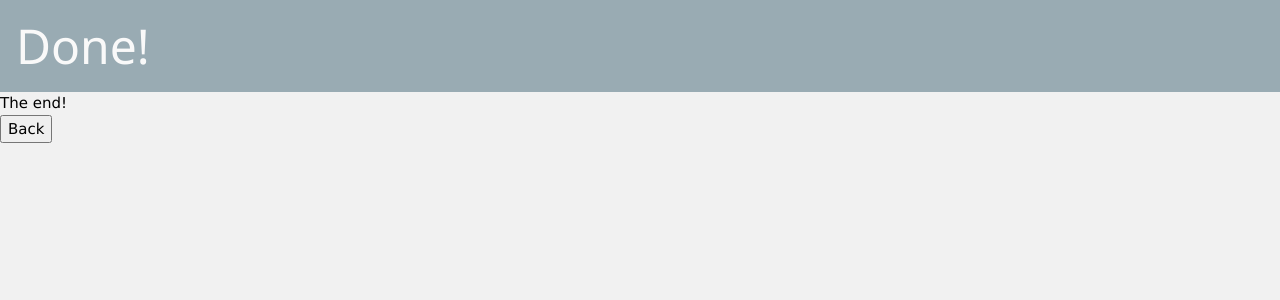
Repository: OleksandrDoskaliukKN313/IIC
Page: http://localhost/WebDictionary/en_ua
The author's editor kept a copy of each file at every save. The page is drawn from the files as they stood at one save, then again after the next save.
The browser window is 1280 px wide. The pictures show the whole page.
The page is served by Tomcat 9. Queries for data that is not in the repository find no rows.

Above is the page before, as saved 2020-10-12 10:37:03.

After the next save:
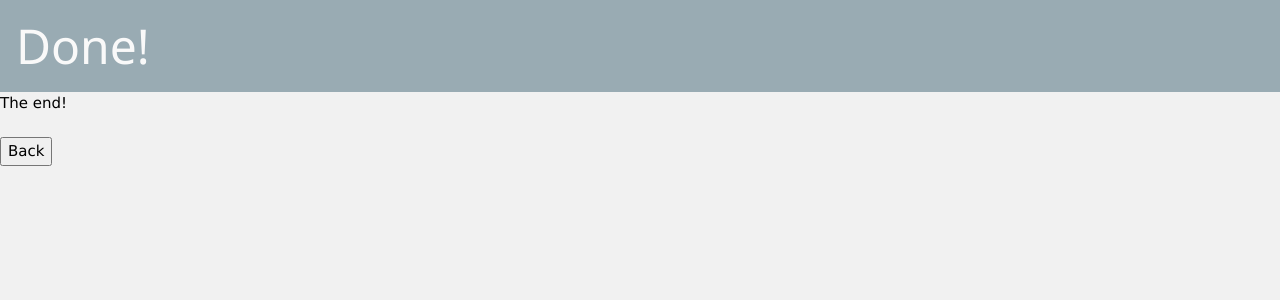
Saved 15 s later.
--- a/WebDictionary/WebContent/done.jsp
+++ b/WebDictionary/WebContent/done.jsp
@@ -11,7 +11,10 @@
 <div class="w3-container w3-blue-grey w3-opacity w3-left-align 	">
         <h1 class = "w3-xxxlarge">Done!</h1>
     </div>
-The end!
+    <div>
+    The end!
+    </div>
+
 <br>
 <button onclick="location.href='index.html'">Back</button>
 </body>
